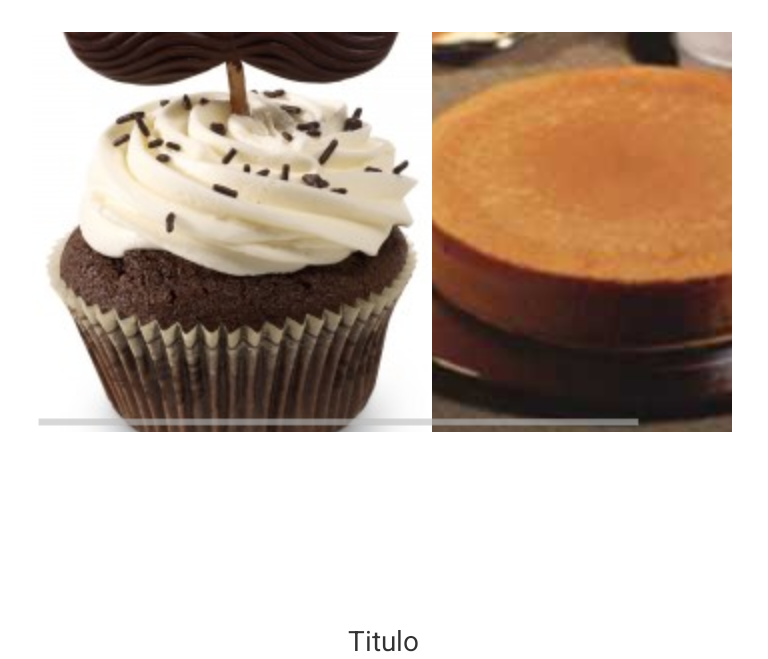
Repository: SebastianMurua/ChefBook
Layout: ChefBook/ChefBook/res/layout/activity_postres.xml
The author's editor kept a copy of each file at every save. The layout is drawn from the files as they stood at one save, then again after the next save.
The pictures show rows 0 to 659 of an output 1280 px tall.
Pictures or frames that could not be fetched are drawn as grey boxes. It is drawn on a 768 x 1280 px phone screen (xhdpi) without system bars, with theme AppTheme; the app's code is not run.

Above is the layout before, as saved 2013-11-19 18:00:40.

After the next save:
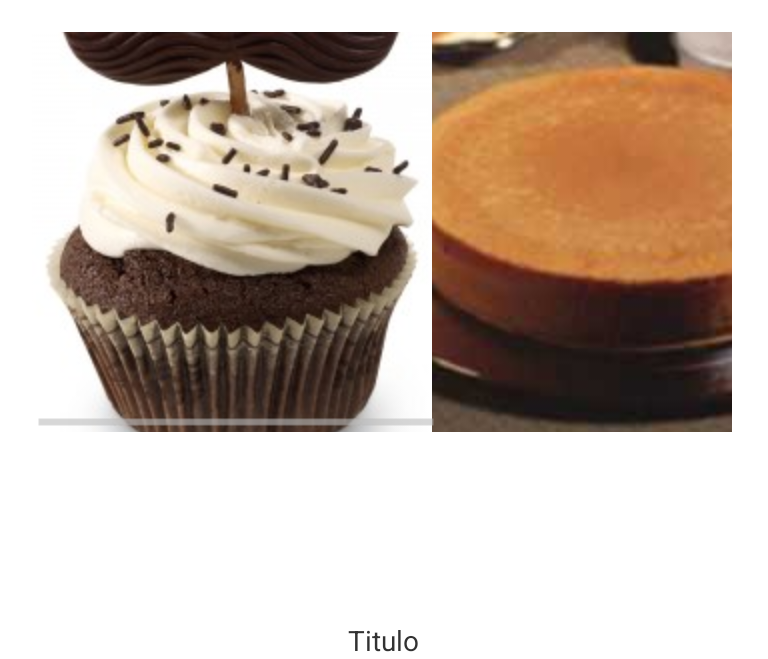
Saved 5 min 47 s later.
--- a/ChefBook/ChefBook/res/layout/activity_postres.xml
+++ b/ChefBook/ChefBook/res/layout/activity_postres.xml
@@ -29,6 +29,11 @@
             android:layout_width="200dp"
             android:layout_height="200dp"
             android:src="@drawable/cake"/>
+        <ImageButton
+            android:id="@+id/ivAlfajor"
+            android:layout_width="200dp"
+            android:layout_height="200dp"
+            android:src="@drawable/alfajores"/>
 
 	</LinearLayout>
 	</HorizontalScrollView>
